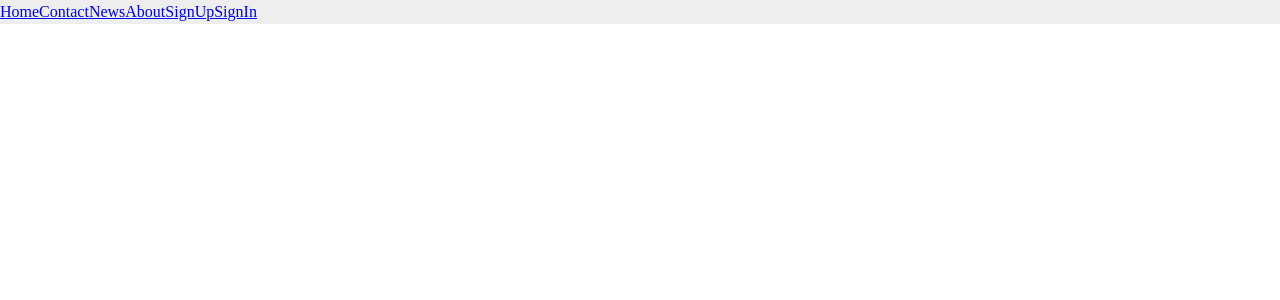
Repository: jesar-enl/My-CSS-Website
Page: index.html
These files come from the project's save history. The page is drawn as it stood at one moment and after the next save; the edit follows.
The browser window is 1280 px wide. The pictures show the whole page.

Above is the page before, as saved 2022-07-26 12:25:54.

### index.html
<!DOCTYPE html>
<html lang="en">
  <head>
    <meta charset="UTF-8" />
    <meta http-equiv="X-UA-Compatible" content="IE=edge" />
    <meta name="viewport" content="width=device-width, initial-scale=1.0" />
    <title>My CSS website</title>
    <link rel="stylesheet" href="style.css" />
  </head>
  <body>
    <nav>
      <ul class="topnav">
        <li><a href="#home">Home</a></li>
        <li><a href="#contact">Contact</a></li>
        <li><a href="#news">News</a></li>
        <li><a href="#about">About</a></li>
        <li class="topnav-right"><a href="#signup">SignUp</a></li>
        <li class="topnav-right"><a href="#signin">SignIn</a></li>
      </ul>
    </nav>
  </body>
</html>

### style.css
/* ########## Defaults ########### */

nav,
header,
footer {
  display: block;
}

body {
  line-height: 1.5;
  margin: 0;
}

/* ######### Navigation Bar ######## */

nav {
  width: 100%;
  margin: 0;
}

nav ul {
  background-color: #eee;
  overflow: hidden;
  margin: 0;
  padding: 0;
}
/* the list-style removes the bullet points from the list items */
ul.topnav li {
  list-style: none;
  float: left;
}

ul.topnav-right li {
  float: right;
}

After the next save:
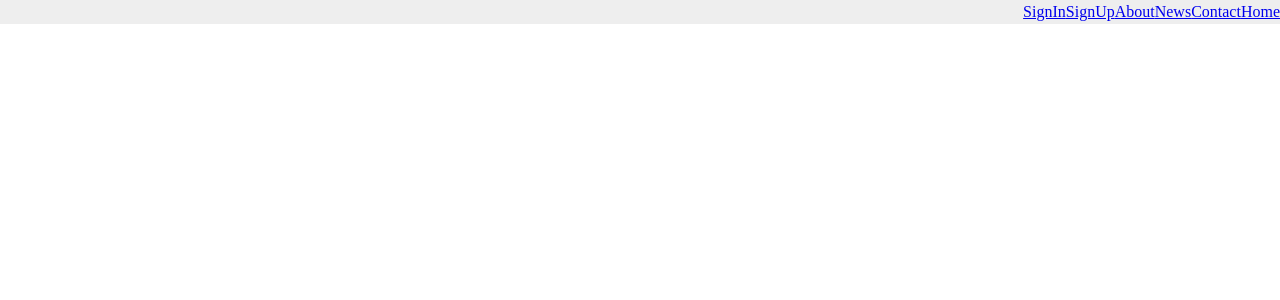
Saved 20 s later.
--- a/style.css
+++ b/style.css
@@ -30,6 +30,6 @@ ul.topnav li {
   float: left;
 }
 
-ul.topnav-right li {
+ul.topnav li {
   float: right;
 }
